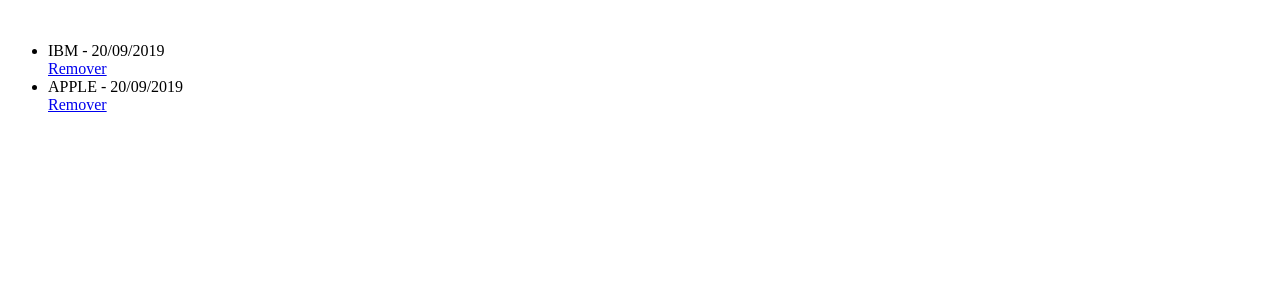
Repository: KaiqueSantos98/alurapic
Page: http://localhost/gerenciador/listaEmpresas
An editor plug-in stored every save of this project. The page is shown before and after the next save, followed by the edit.
The browser window is 1280 px wide. The pictures show the whole page.
The page is served by Tomcat 9. Other server files are loaded and not shown.

Above is the page before, as saved 2019-09-22 02:16:14.

### project/servlet/gerenciador/WebContent/listaEmpresa.jsp
<%@ page import="java.util.List, br.com.alura.gerenciador.servlet.Empresa" %>
<%@ taglib uri="http://java.sun.com/jsp/jstl/core" prefix="c" %>
<%@ taglib uri="http://java.sun.com/jsp/jstl/fmt" prefix="fmt" %>


<!DOCTYPE html>
<html>
<head>
<meta charset="ISO-8859-1">
<title>Empresas Cadastradas - Servlet</title>
</head>
<body>
	<c:if test="${not empty empresa}">
            Empresa ${ empresa } cadastrada com sucesso!
    </c:if>
    <br>
   <ul>
		<c:forEach items="${listaEmpresa}" var="empresa">
			<li>${empresa.nomeEmpresa } - <fmt:formatDate pattern="dd/MM/yyyy" value="${empresa.dataAbertura }"/></li>
			<a href="/gerenciador/removerEmpresa">Remover</a>
		</c:forEach>
	</ul>
</body>
</html>

### project/servlet/gerenciador/src/br/com/alura/gerenciador/servlet/LsitaEmpresas.java
package br.com.alura.gerenciador.servlet;

import java.io.IOException;
import java.util.List;

import javax.servlet.RequestDispatcher;
import javax.servlet.ServletException;
import javax.servlet.annotation.WebServlet;
import javax.servlet.http.HttpServlet;
import javax.servlet.http.HttpServletRequest;
import javax.servlet.http.HttpServletResponse;


@WebServlet(name = "ListaEmpresas", urlPatterns = { "/listaEmpresas" })
public class LsitaEmpresas extends HttpServlet {
	private static final long serialVersionUID = 1L;

	protected void service(HttpServletRequest request, HttpServletResponse response) throws ServletException, IOException {


		Banco lista = new Banco();
		List<Empresa> listaDeEmpresasCadastradas = lista.getEmpresaList();

		for(Empresa lis : lista.getEmpresaList()) {
			System.out.println("nome");
			System.out.println(lis.getNomeEmpresa());
		}


		RequestDispatcher rd = request.getRequestDispatcher("/listaEmpresa.jsp");

		request.setAttribute("listaEmpresa", listaDeEmpresasCadastradas);

		rd.forward(request, response);
	}

}

### project/servlet/gerenciador/src/br/com/alura/gerenciador/servlet/Banco.java
package br.com.alura.gerenciador.servlet;

import java.util.ArrayList;
import java.util.List;

public class Banco {
	private static List<Empresa> empresaList = new ArrayList<Empresa>();
	private static Integer chaveSequencial = 1;

	static{
		Empresa empresa = new Empresa();
		empresa.setNomeEmpresa("IBM");
		empresa.setId(chaveSequencial++);

		Empresa empresa1 = new Empresa();
		empresa1.setNomeEmpresa("APPLE");
		empresa1.setId(chaveSequencial++);

		empresaList.add(empresa);
		empresaList.add(empresa1);
	}

	public void adicionar(Empresa nome){
		nome.setId(chaveSequencial++);
		Banco.empresaList.add(nome);
	}

	public List<Empresa> mostrarEmpresas(){
		return Banco.empresaList;
	}

	public static List<Empresa> getEmpresaList() {
		return empresaList;
	}

	public static void setEmpresaList(List<Empresa> empresaList) {
		Banco.empresaList = empresaList;
	}
}

### project/servlet/gerenciador/src/br/com/alura/gerenciador/servlet/Empresa.java
package br.com.alura.gerenciador.servlet;

import java.util.Date;

public class Empresa {
	private static final long serialVersionUID = 1L;

	private Integer id;
	private String nomeEmpresa;
	private Date dataAbertura = new Date();

	public Integer getId() {
		return id;
	}
	public void setId(Integer id) {
		this.id = id;
	}
	public String getNomeEmpresa() {
		return nomeEmpresa;
	}
	public void setNomeEmpresa(String nomeEmpresa) {
		this.nomeEmpresa = nomeEmpresa;
	}
	public Date getDataAbertura() {
		return dataAbertura;
	}
	public void setDataAbertura(Date dataAbertura) {
		this.dataAbertura = dataAbertura;
	}
	public static long getSerialversionuid() {
		return serialVersionUID;
	}

}

After the next save:
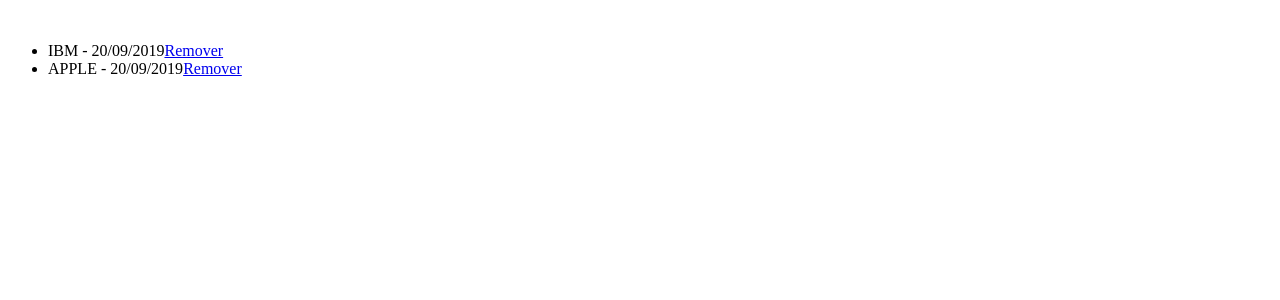
Saved 4 min 1 s later.
--- a/project/servlet/gerenciador/WebContent/listaEmpresa.jsp
+++ b/project/servlet/gerenciador/WebContent/listaEmpresa.jsp
@@ -16,8 +16,8 @@
     <br>
    <ul>
 		<c:forEach items="${listaEmpresa}" var="empresa">
-			<li>${empresa.nomeEmpresa } - <fmt:formatDate pattern="dd/MM/yyyy" value="${empresa.dataAbertura }"/></li>
-			<a href="/gerenciador/removerEmpresa">Remover</a>
+			<li>${empresa.nomeEmpresa } - <fmt:formatDate pattern="dd/MM/yyyy" value="${empresa.dataAbertura }"/><a href="/gerenciador/removerEmpresa?id=${empresa.id}}">Remover</a></li>
+
 		</c:forEach>
 	</ul>
 </body>
